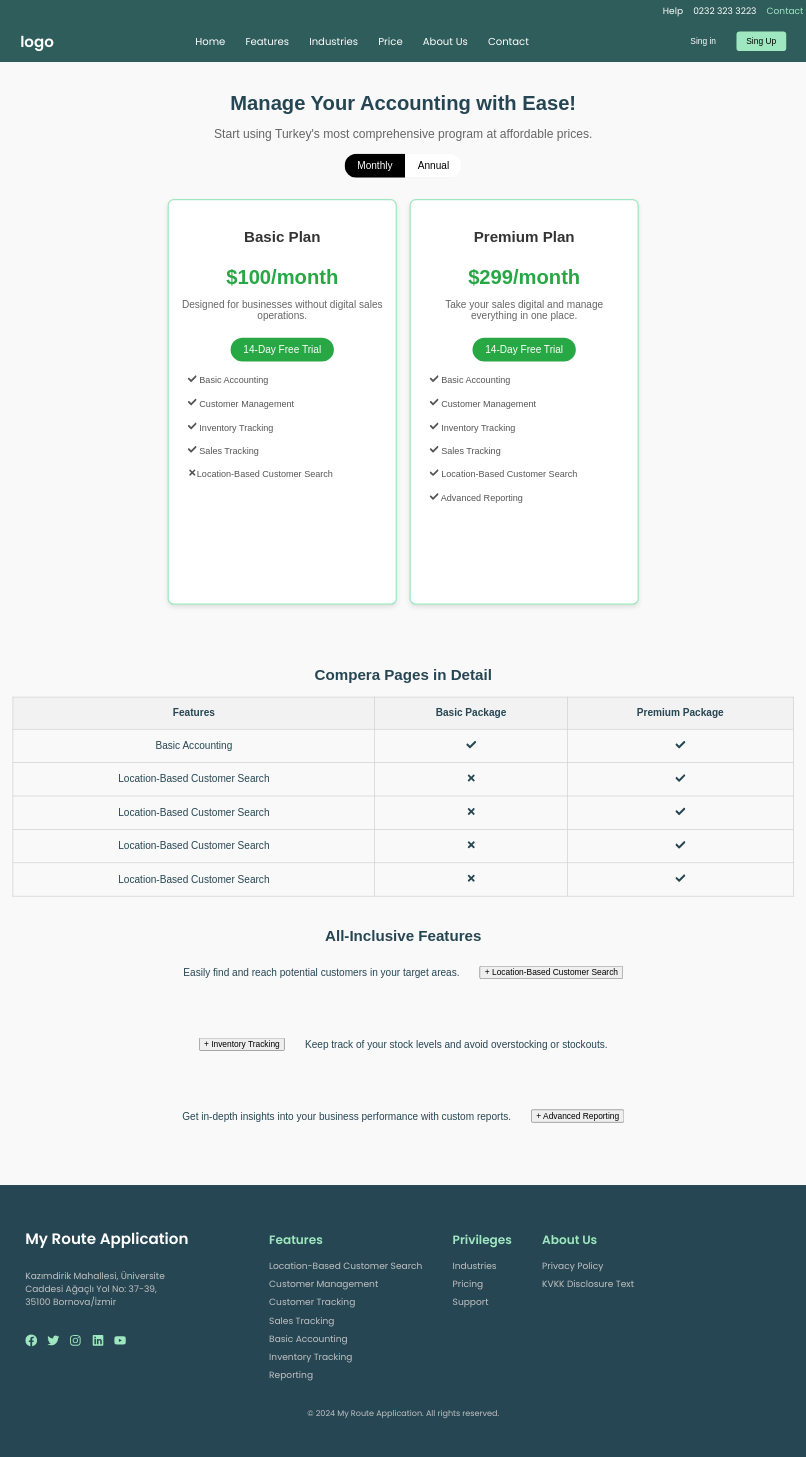
Repository: senolinanyasar/myrouteapplication
Page: /pricing
These files come from the project's save history. The page is drawn as it stood at one moment and after the next save; the edit follows.
The browser window is 1280 px wide. The pictures show the whole page, at 63% of full size.
The project was rebuilt for these pictures with package versions that can differ from the ones it lists, and the page was loaded fresh each time. Also part of the build but not shown: vite.config.js, src/components/HeroSection.css, src/components/HeroSection.js, src/components/FeaturesSection.js, src/components/PricingSection.css, src/components/PricingSection.js, src/components/SupportSection.css, src/components/SupportSection.js and 3 more.

Above is the page before, as saved 2024-11-16 21:54:45.

After the next save:
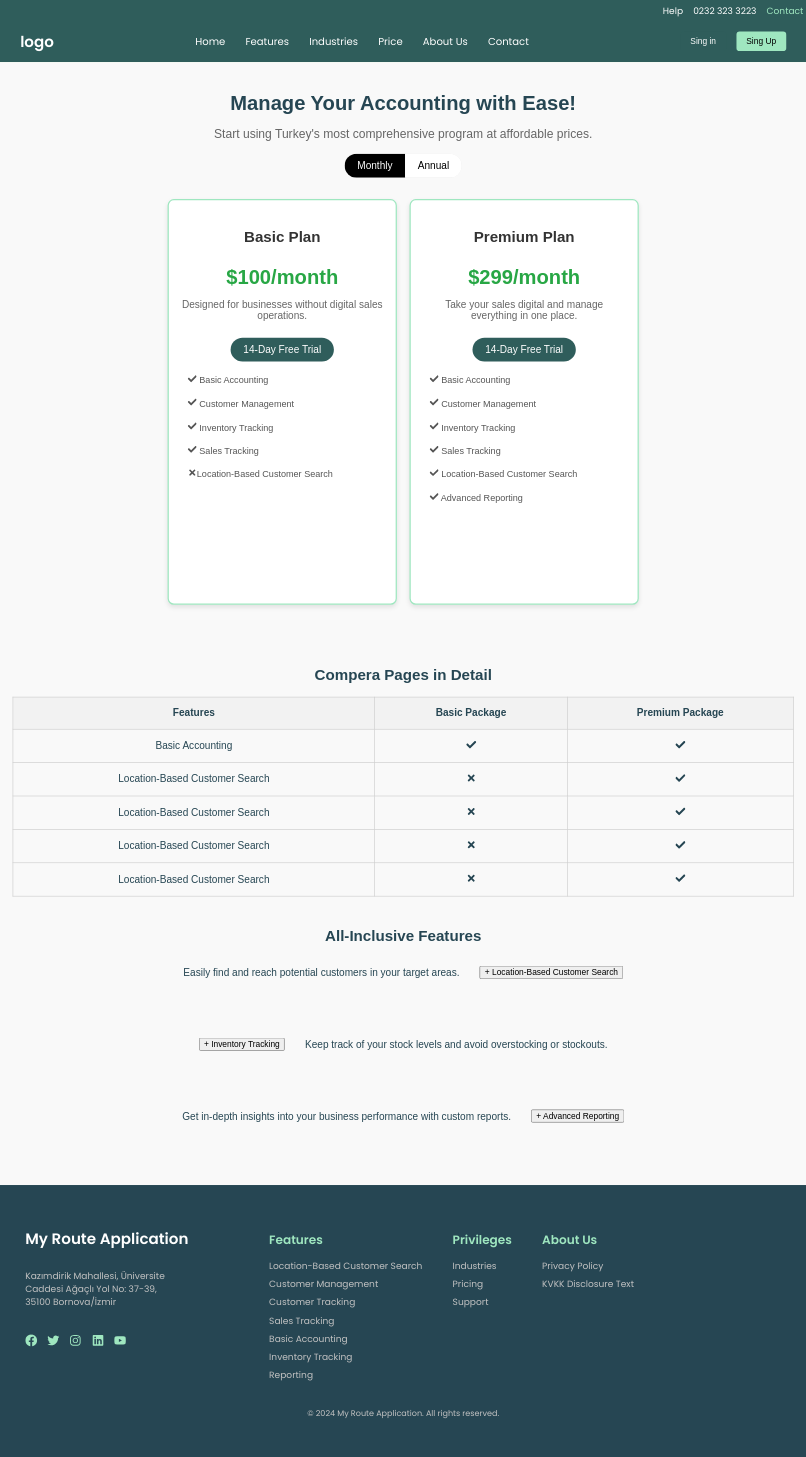
Saved 47 s later.
--- a/src/components/PricingPage.css
+++ b/src/components/PricingPage.css
@@ -106,7 +106,7 @@
 }
 
 .try-button{
-    background: #28a745;
+    background: #2f5d5b;
     color: #fff;
     padding: 10px 20px;
     border: none;
